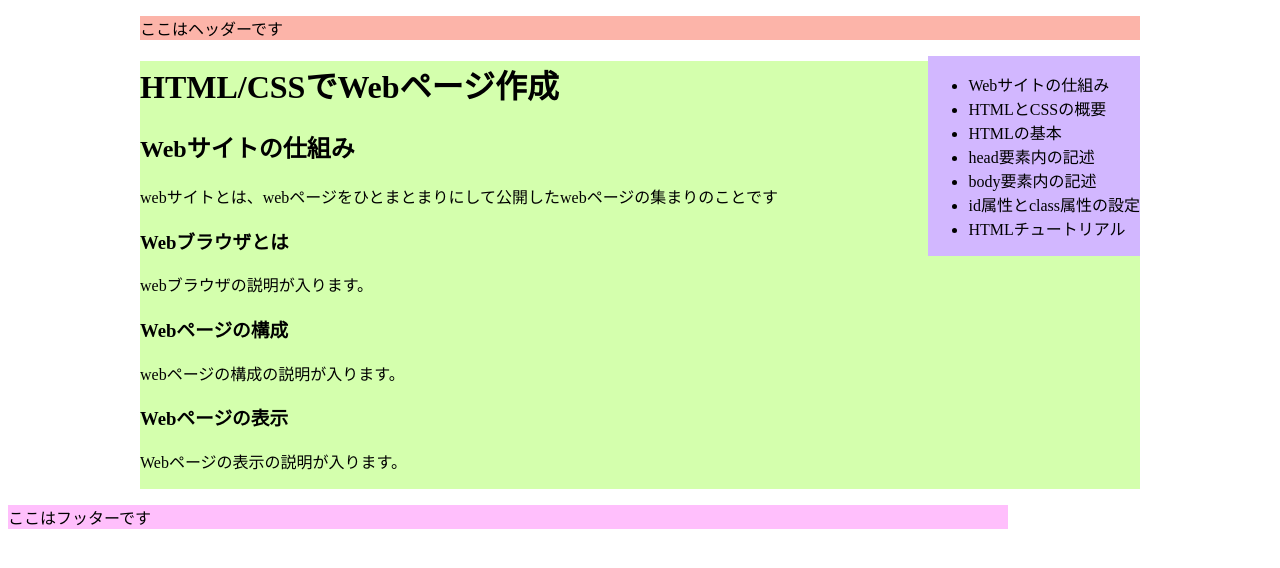
Repository: tak-hs/first-git
Page: kadai-html.html
The author's editor kept a record of every edit. The page is drawn from the files as they stood at one moment, then again after the next edit.
The browser window is 1280 px wide. The pictures show the whole page.

Above is the page before.

### kadai-html.html
<!DOCTYPE html>
<html lang="ja">
    <head>
        <meta charset="utf-8">
        <title>HTML/CSSでWebページ作成</title>
        <link rel="stylesheet" href="./kadai-css.css">
    </head>
    <body>
        <header>
            <p>ここはヘッダーです</p>
            <nav id="global_navi">
                <ul>
                    <li>Webサイトの仕組み</li>
                    <li>HTMLとCSSの概要</li>
                    <li>HTMLの基本</li>
                    <li>head要素内の記述</li>
                    <li>body要素内の記述</li>
                    <li>id属性とclass属性の設定</li>
                    <li>HTMLチュートリアル</li>
                </ul>
        </header>
        <div id="wrapper"  class="clearfix">
            <div id="main">
              <h1>HTML/CSSでWebページ作成</h1>
              <h2>Webサイトの仕組み</h2>
              <p>webサイトとは、webページをひとまとまりにして公開したwebページの集まりのことです</p>

              <nav id="menu">
                <h3>Webブラウザとは</h3>
                <p>webブラウザの説明が入ります。</p>

                <h3>Webページの構成</h3>
                <p>webページの構成の説明が入ります。</p>

                <h3>Webページの表示</h3>
                <p>Webページの表示の説明が入ります。</p>
              </nav>

            </div>
        </div>

        <footer>
            <p>ここはフッターです</p>
        </footer>

    </body>
</html>

### kadai-css.css
@charset "UTF-8";

header{
    width:1000px;
    margin:0 auto;
    background-color:#ffcccc;
}

header p{

    background-color: #fcb4a9;
}

#global_navi{
    float:right;
    margin:0 auto;
    background-color:#d2b7ff;
}

#wrapper{
    width:1000px;
    margin:0 auto;
    margin-bottom:0;
    background-color: #d4ffad;
}

.clearfix::after {
    content: '';
    display: block;
    clear: both;
}

footer{
    width:1000px;
    margin-top:0;
    background-color: #ffbffc;
}

After the next edit:
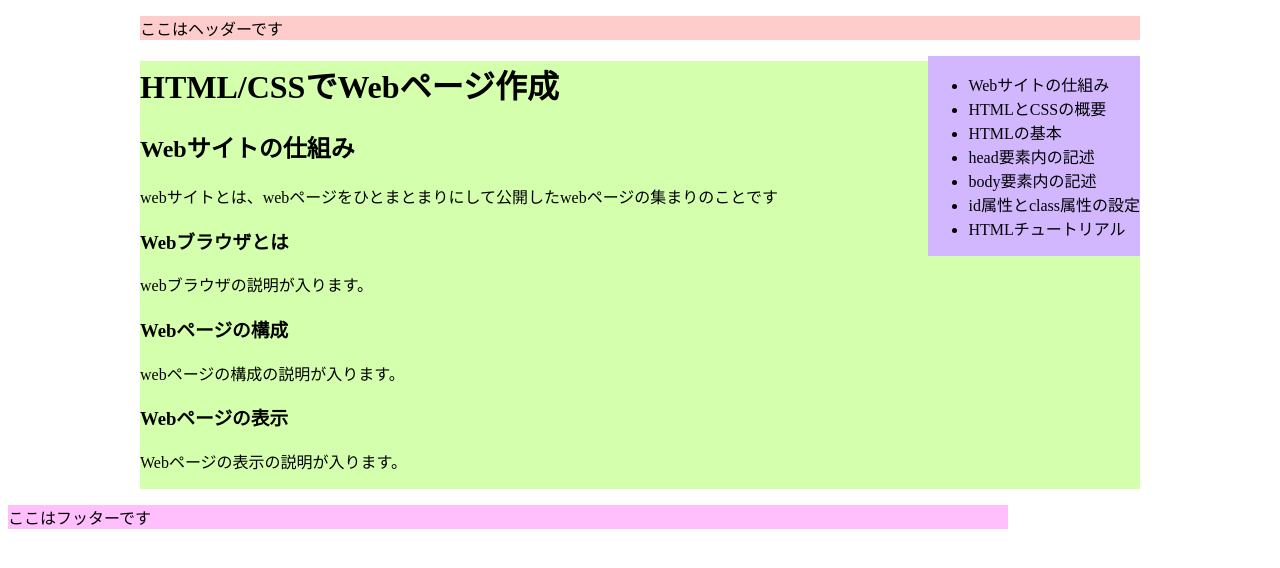
The edit:
--- a/kadai-css.css
+++ b/kadai-css.css
@@ -8,7 +8,6 @@
 
 header p{
 
-    background-color: #fcb4a9;
 }
 
 #global_navi{
